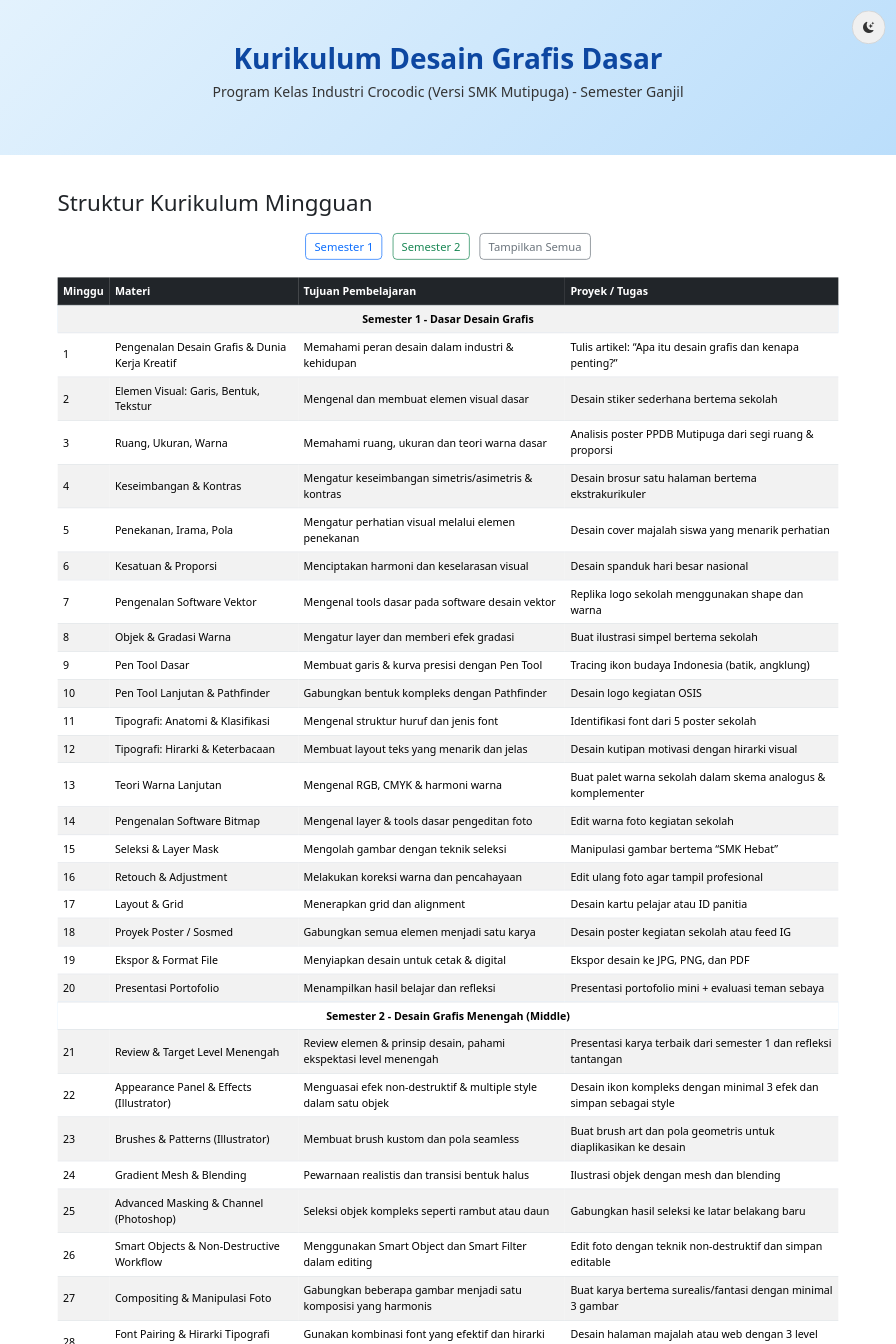
Repository: ppdbsmkmutipuga/kurikulumdesain
Page: index.html
An editor plug-in stored every save of this project. The page is shown before and after the next save, followed by the edit.
The browser window is 1280 px wide. The pictures show the part of the page from y = 0 to 1920 px (the page is 2789 px tall before and 2859 px after), at 70% of full size.

Above is the page before, as saved 2025-07-01 04:35:18.

### index.html
<!DOCTYPE html>
<html lang="id">

<head>
    <meta charset="UTF-8" />
    <meta name="viewport" content="width=device-width, initial-scale=1.0" />
    <title>Kurikulum Desain Grafis - SMK Mutipuga</title>
    <link href="https://cdn.jsdelivr.net/npm/bootstrap@5.3.3/dist/css/bootstrap.min.css" rel="stylesheet" />
    <link href="https://cdnjs.cloudflare.com/ajax/libs/aos/2.3.4/aos.css" rel="stylesheet" />
    <link href="https://cdn.jsdelivr.net/npm/bootstrap-icons@1.10.5/font/bootstrap-icons.css" rel="stylesheet">
    <link rel="stylesheet" href="style.css">
    <script src="https://cdnjs.cloudflare.com/ajax/libs/html2pdf.js/0.10.1/html2pdf.bundle.min.js"></script>

</head>

<body>
    <button class="btn btn-outline-dark mode-toggle" onclick="toggleMode()">
        <i class="bi bi-moon-stars-fill"></i>
    </button>

    <!-- Hero Section -->
    <section class="hero" data-aos="fade-down">
        <div class="container">
            <h1>Kurikulum Desain Grafis Dasar</h1>
            <p class="lead">Program Kelas Industri Crocodic (Versi SMK Mutipuga) - Semester Ganjil</p>
        </div>
    </section>

    <!-- Table Section -->
    <section class="container my-5" data-aos="fade-up">
        <h2 class="section-title">Struktur Kurikulum Mingguan</h2>
        <div class="filter-buttons">
            <button class="btn btn-outline-primary" onclick="filterSemester(1)">Semester 1</button>
            <button class="btn btn-outline-success" onclick="filterSemester(2)">Semester 2</button>
            <button class="btn btn-outline-secondary" onclick="filterSemester(0)">Tampilkan Semua</button>
        </div>
        <div class="table-container">
            <div class="table-responsive">
                <table class="table table-striped table-hover align-middle mb-0" id="kurikulumTable">
                    <thead class="table-dark">
                        <tr>
                            <th scope="col">Minggu</th>
                            <th scope="col">Materi</th>
                            <th scope="col">Tujuan Pembelajaran</th>
                            <th scope="col">Proyek / Tugas</th>
                        </tr>
                    </thead>
                    <tbody>
                        <!-- Data rows akan di-load lewat JS -->
                    </tbody>
                </table>
            </div>
        </div>
    </section>

    <!-- Footer -->
    <footer>
        &copy; 2025 SMK Muhammadiyah 3 Pucang Gading | Program Kelas Industri Crocodic
    </footer>

    <!-- Scripts -->
    <script src="https://cdn.jsdelivr.net/npm/bootstrap@5.3.3/dist/js/bootstrap.bundle.min.js"></script>
    <script src="https://cdnjs.cloudflare.com/ajax/libs/aos/2.3.4/aos.js"></script>
    <script src="script.js"></script>
</body>

</html>

### style.css
/* =========================
   HERO SECTION
========================= */
.hero {
  padding: 60px 0;
  background: linear-gradient(135deg, #e3f2fd, #bbdefb);
  text-align: center;
}

.hero h1 {
  font-weight: 700;
  font-size: 2.5rem;
  color: #0d47a1;
}

.hero p {
  font-size: 1.25rem;
  color: #333;
}

body.bg-dark .hero {
  background: linear-gradient(135deg, #1e1e1e, #2c2c2c);
}

body.bg-dark .hero h1 {
  color: #90caf9;
}

body.bg-dark .hero p {
  color: #cccccc;
}

/* =========================
   FILTER BUTTONS
========================= */
.filter-buttons {
  text-align: center;
  margin: 20px 0;
}

.filter-buttons .btn {
  margin: 5px;
}

body.bg-dark .btn-outline-primary {
  color: #90caf9;
  border-color: #90caf9;
}

body.bg-dark .btn-outline-success {
  color: #81c784;
  border-color: #81c784;
}

body.bg-dark .btn-outline-secondary {
  color: #b0bec5;
  border-color: #b0bec5;
}

/* =========================
   TABLE SECTION
========================= */
.table-container {
  overflow-x: auto;
}

.table th,
.table td {
  vertical-align: middle !important;
  font-size: 0.95rem;
}

/* Baris header semester (custom row) */
.table .table-header-row {
  background-color: #cce5ff;
  font-weight: 600;
  text-align: center;
}

body.bg-dark .table .table-header-row {
  background-color: #2c3e50;
  color: #ffffff !important;
}

/* DARK MODE TABLE FIX */
body.bg-dark .table,
body.bg-dark .table td,
body.bg-dark .table th {
  color: #f1f1f1 !important;
  background-color: transparent !important;
  opacity: 1 !important;
}

body.bg-dark .table-striped tbody tr:nth-of-type(odd) {
  background-color: #2c2c2c !important;
}

body.bg-dark .table-striped tbody tr:nth-of-type(even) {
  background-color: #1a1a1a !important;
}

body.bg-dark .table-hover tbody tr:hover {
  background-color: #3a3a3a !important;
}

body.bg-dark .table thead th {
  background-color: #111 !important;
  color: #fff !important;
  border-color: #444 !important;
}

body.bg-dark .table-primary {
  background-color: #455a64 !important;
  color: #fff !important;
}

/* =========================
   FOOTER
========================= */
footer {
  padding: 20px;
  text-align: center;
  background-color: #f1f1f1;
  margin-top: 50px;
  font-size: 0.9rem;
  color: #333;
}

body.bg-dark footer {
  background-color: #1e1e1e;
  color: #e0e0e0;
}

/* =========================
   MODE TOGGLE BUTTON
========================= */
.mode-toggle {
  position: fixed;
  top: 15px;
  right: 15px;
  z-index: 1000;
  border-radius: 50%;
  width: 48px;
  height: 48px;
  display: flex;
  align-items: center;
  justify-content: center;
  background-color: #f0f0f0;
  color: #333;
  border: 1px solid #ccc;
}

/* Header tabel semester */
.table-header-row {
  background-color: #cce5ff;
  /* mode terang */
  color: #0d47a1;
}

/* Ubah header semester agar lebih gelap dan teks lebih jelas di dark mode */
body.bg-dark .table-header-row {
  background-color: #37474f;
  /* warna gelap yang elegan */
  color: #ffffff;
}

body.bg-dark .mode-toggle {
  background-color: #333;
  color: #fff;
  border: 1px solid #666;
}

/* Footer default */
footer {
  padding: 20px;
  text-align: center;
  background-color: #f1f1f1;
  margin-top: 50px;
  font-size: 0.9rem;
  color: #333;
}

/* Footer saat dark mode */
body.bg-dark footer {
  background-color: #1e1e1e;
  color: #ccc;
}


/* =========================
   RESPONSIVE
========================= */
@media (max-width: 768px) {
  .hero h1 {
    font-size: 1.8rem;
  }

  .hero p {
    font-size: 1rem;
  }

  .table th,
  .table td {
    font-size: 0.85rem;
  }
}

@media (max-width: 576px) {
  .mode-toggle {
    width: 40px;
    height: 40px;
  }

  .hero {
    padding: 40px 0;
  }
}

### script.js
// Inisialisasi animasi AOS
AOS.init();

// Data lengkap Week 1–40
const tableData = [
    { week: 'Semester 1 - Dasar Desain Grafis', isHeader: true, semester: 1 },
    { week: 1, materi: 'Pengenalan Desain Grafis & Dunia Kerja Kreatif', tujuan: 'Memahami peran desain dalam industri & kehidupan', tugas: 'Tulis artikel: “Apa itu desain grafis dan kenapa penting?”', semester: 1 },
    { week: 2, materi: 'Elemen Visual: Garis, Bentuk, Tekstur', tujuan: 'Mengenal dan membuat elemen visual dasar', tugas: 'Desain stiker sederhana bertema sekolah', semester: 1 },
    { week: 3, materi: 'Ruang, Ukuran, Warna', tujuan: 'Memahami ruang, ukuran dan teori warna dasar', tugas: 'Analisis poster PPDB Mutipuga dari segi ruang & proporsi', semester: 1 },
    { week: 4, materi: 'Keseimbangan & Kontras', tujuan: 'Mengatur keseimbangan simetris/asimetris & kontras', tugas: 'Desain brosur satu halaman bertema ekstrakurikuler', semester: 1 },
    { week: 5, materi: 'Penekanan, Irama, Pola', tujuan: 'Mengatur perhatian visual melalui elemen penekanan', tugas: 'Desain cover majalah siswa yang menarik perhatian', semester: 1 },
    { week: 6, materi: 'Kesatuan & Proporsi', tujuan: 'Menciptakan harmoni dan keselarasan visual', tugas: 'Desain spanduk hari besar nasional', semester: 1 },
    { week: 7, materi: 'Pengenalan Software Vektor', tujuan: 'Mengenal tools dasar pada software desain vektor', tugas: 'Replika logo sekolah menggunakan shape dan warna', semester: 1 },
    { week: 8, materi: 'Objek & Gradasi Warna', tujuan: 'Mengatur layer dan memberi efek gradasi', tugas: 'Buat ilustrasi simpel bertema sekolah', semester: 1 },
    { week: 9, materi: 'Pen Tool Dasar', tujuan: 'Membuat garis & kurva presisi dengan Pen Tool', tugas: 'Tracing ikon budaya Indonesia (batik, angklung)', semester: 1 },
    { week: 10, materi: 'Pen Tool Lanjutan & Pathfinder', tujuan: 'Gabungkan bentuk kompleks dengan Pathfinder', tugas: 'Desain logo kegiatan OSIS', semester: 1 },
    { week: 11, materi: 'Tipografi: Anatomi & Klasifikasi', tujuan: 'Mengenal struktur huruf dan jenis font', tugas: 'Identifikasi font dari 5 poster sekolah', semester: 1 },
    { week: 12, materi: 'Tipografi: Hirarki & Keterbacaan', tujuan: 'Membuat layout teks yang menarik dan jelas', tugas: 'Desain kutipan motivasi dengan hirarki visual', semester: 1 },
    { week: 13, materi: 'Teori Warna Lanjutan', tujuan: 'Mengenal RGB, CMYK & harmoni warna', tugas: 'Buat palet warna sekolah dalam skema analogus & komplementer', semester: 1 },
    { week: 14, materi: 'Pengenalan Software Bitmap', tujuan: 'Mengenal layer & tools dasar pengeditan foto', tugas: 'Edit warna foto kegiatan sekolah', semester: 1 },
    { week: 15, materi: 'Seleksi & Layer Mask', tujuan: 'Mengolah gambar dengan teknik seleksi', tugas: 'Manipulasi gambar bertema “SMK Hebat”', semester: 1 },
    { week: 16, materi: 'Retouch & Adjustment', tujuan: 'Melakukan koreksi warna dan pencahayaan', tugas: 'Edit ulang foto agar tampil profesional', semester: 1 },
    { week: 17, materi: 'Layout & Grid', tujuan: 'Menerapkan grid dan alignment', tugas: 'Desain kartu pelajar atau ID panitia', semester: 1 },
    { week: 18, materi: 'Proyek Poster / Sosmed', tujuan: 'Gabungkan semua elemen menjadi satu karya', tugas: 'Desain poster kegiatan sekolah atau feed IG', semester: 1 },
    { week: 19, materi: 'Ekspor & Format File', tujuan: 'Menyiapkan desain untuk cetak & digital', tugas: 'Ekspor desain ke JPG, PNG, dan PDF', semester: 1 },
    { week: 20, materi: 'Presentasi Portofolio', tujuan: 'Menampilkan hasil belajar dan refleksi', tugas: 'Presentasi portofolio mini + evaluasi teman sebaya', semester: 1 },
    { week: 'Semester 2 - Desain Grafis Menengah (Middle)', isHeader: true, semester: 2 },
    { week: 21, materi: 'Review & Target Level Menengah', tujuan: 'Review elemen & prinsip desain, pahami ekspektasi level menengah', tugas: 'Presentasi karya terbaik dari semester 1 dan refleksi tantangan', semester: 2 },
    { week: 22, materi: 'Appearance Panel & Effects (Illustrator)', tujuan: 'Menguasai efek non-destruktif & multiple style dalam satu objek', tugas: 'Desain ikon kompleks dengan minimal 3 efek dan simpan sebagai style', semester: 2 },
    { week: 23, materi: 'Brushes & Patterns (Illustrator)', tujuan: 'Membuat brush kustom dan pola seamless', tugas: 'Buat brush art dan pola geometris untuk diaplikasikan ke desain', semester: 2 },
    { week: 24, materi: 'Gradient Mesh & Blending', tujuan: 'Pewarnaan realistis dan transisi bentuk halus', tugas: 'Ilustrasi objek dengan mesh dan blending', semester: 2 },
    { week: 25, materi: 'Advanced Masking & Channel (Photoshop)', tujuan: 'Seleksi objek kompleks seperti rambut atau daun', tugas: 'Gabungkan hasil seleksi ke latar belakang baru', semester: 2 },
    { week: 26, materi: 'Smart Objects & Non-Destructive Workflow', tujuan: 'Menggunakan Smart Object dan Smart Filter dalam editing', tugas: 'Edit foto dengan teknik non-destruktif dan simpan editable', semester: 2 },
    { week: 27, materi: 'Compositing & Manipulasi Foto', tujuan: 'Gabungkan beberapa gambar menjadi satu komposisi yang harmonis', tugas: 'Buat karya bertema surealis/fantasi dengan minimal 3 gambar', semester: 2 },
    { week: 28, materi: 'Font Pairing & Hirarki Tipografi Lanjut', tujuan: 'Gunakan kombinasi font yang efektif dan hirarki teks yang kompleks', tugas: 'Desain halaman majalah atau web dengan 3 level teks dan font pairing', semester: 2 },
    { week: 29, materi: 'Typographic Grid & Readability', tujuan: 'Menggunakan grid dan memahami keterbacaan teks panjang', tugas: 'Rancang ulang artikel agar lebih rapi dan nyaman dibaca', semester: 2 },
    { week: 30, materi: 'Psikologi Warna & Palet Kustom', tujuan: 'Pahami pengaruh warna terhadap persepsi', tugas: 'Buat 2 palet warna untuk brand fiktif, berikan justifikasi', semester: 2 },
    { week: 31, materi: 'Logo & Identitas Visual Dasar', tujuan: 'Pahami jenis-jenis logo dan elemen visual', tugas: 'Analisis logo UKM lokal dan berikan saran pengembangan', semester: 2 },
    { week: 32, materi: 'Logo Variasi & Style Guide Dasar', tujuan: 'Desain versi logo berbeda dan panduan penggunaannya', tugas: 'Buat minimal 3 versi logo + 1 halaman style guide sederhana', semester: 2 },
    { week: 33, materi: 'InDesign: Master Pages', tujuan: 'Mengenal interface dan penggunaan master page', tugas: 'Desain dokumen 4 halaman dengan elemen tetap', semester: 2 },
    { week: 34, materi: 'InDesign: Styles & Text Flow', tujuan: 'Membuat paragraph styles dan mengatur aliran teks', tugas: 'Desain artikel dummy dengan text threading dan paragraph styles', semester: 2 },
    { week: 35, materi: 'UI/UX Design Principles', tujuan: 'Memahami prinsip dasar usability dan perbedaan UI/UX', tugas: 'Analisis aplikasi populer dan evaluasi prinsip usability-nya', semester: 2 },
    { week: 36, materi: 'Desain Elemen UI Dasar', tujuan: 'Desain tombol, form, dan komponen lain dengan berbagai state', tugas: 'Buat set UI: tombol, form, card dengan tampilan konsisten', semester: 2 },
    { week: 37, materi: 'Brief, Riset & Moodboard', tujuan: 'Menganalisis brief dan membuat visual moodboard', tugas: 'Buat moodboard untuk proyek branding fiktif', semester: 2 },
    { week: 38, materi: 'Proyek Integratif', tujuan: 'Menggabungkan semua skill dalam satu proyek besar', tugas: 'Lanjutkan proyek branding/brosur/UI berdasarkan brief', semester: 2 },
    { week: 39, materi: 'Print & Web Optimization', tujuan: 'Optimalkan file desain untuk cetak dan web', tugas: 'Ekspor proyek ke versi cetak (PDF) dan digital (JPG/PNG)', semester: 2 },
    { week: 40, materi: 'Portfolio Review & Karir', tujuan: 'Review proyek akhir dan diskusi karir desain', tugas: 'Presentasikan proyek akhir + 3–5 karya untuk portofolio mini', semester: 2 },
];

const tbody = document.querySelector('#kurikulumTable tbody');

function renderTable(filter) {
    tbody.innerHTML = '';
    let hasPrintedSemester1Header = false;
    let hasPrintedSemester2Header = false;
    tableData.forEach(row => {
        if (filter === 0 || row.semester === filter || row.isHeader) {
            if (row.isHeader) {
                if ((filter === 1 && row.semester === 1 && !hasPrintedSemester1Header) ||
                    (filter === 2 && row.semester === 2 && !hasPrintedSemester2Header) ||
                    filter === 0) {
                    const tr = document.createElement('tr');
                    tr.className = 'table-header-row text-center fw-bold';
                    const td = document.createElement('td');
                    td.setAttribute('colspan', 4);
                    td.textContent = row.week;
                    tr.appendChild(td);
                    tbody.appendChild(tr);
                    if (row.semester === 1) hasPrintedSemester1Header = true;
                    if (row.semester === 2) hasPrintedSemester2Header = true;
                }
            } else {
                if (filter === 0 || row.semester === filter) {
                    const tr = document.createElement('tr');
                    tr.innerHTML = `
            <td>${row.week}</td>
            <td>${row.materi}</td>
            <td>${row.tujuan}</td>
            <td>${row.tugas}</td>
          `;
                    tbody.appendChild(tr);
                }
            }
        }
    });
}

function filterSemester(semester) {
    renderTable(semester);
}

function toggleMode() {
    document.body.classList.toggle('bg-dark');
    document.body.classList.toggle('text-white');
}

renderTable(0);

After the next save:
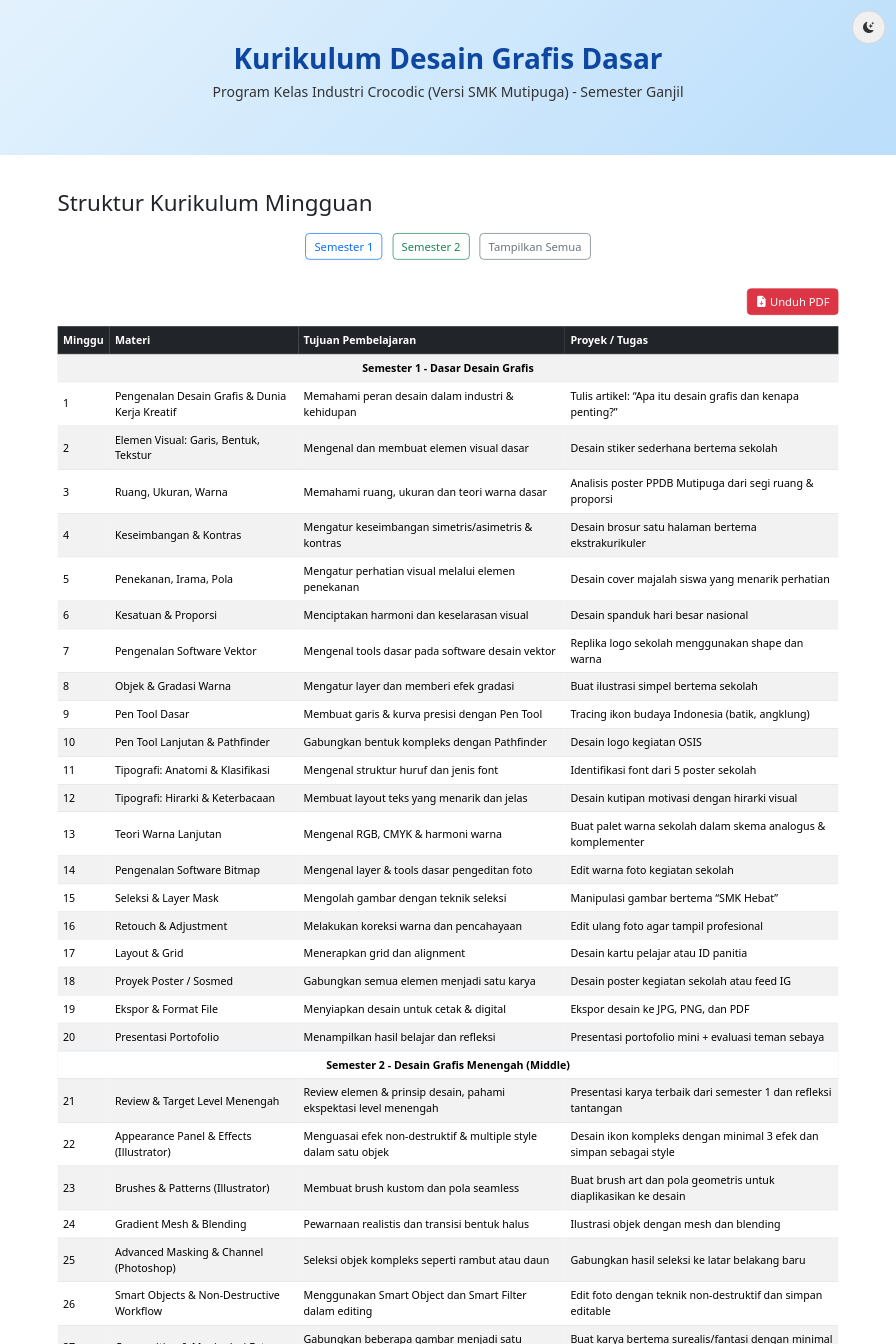
Saved 33 s later.
--- a/index.html
+++ b/index.html
@@ -46,6 +46,11 @@
                         </tr>
                     </thead>
                     <tbody>
+                        <div class="text-end my-3">
+                            <button class="btn btn-danger" onclick="downloadPDF()">
+                                <i class="bi bi-file-earmark-arrow-down-fill"></i> Unduh PDF
+                            </button>
+                        </div>
                         <!-- Data rows akan di-load lewat JS -->
                     </tbody>
                 </table>
